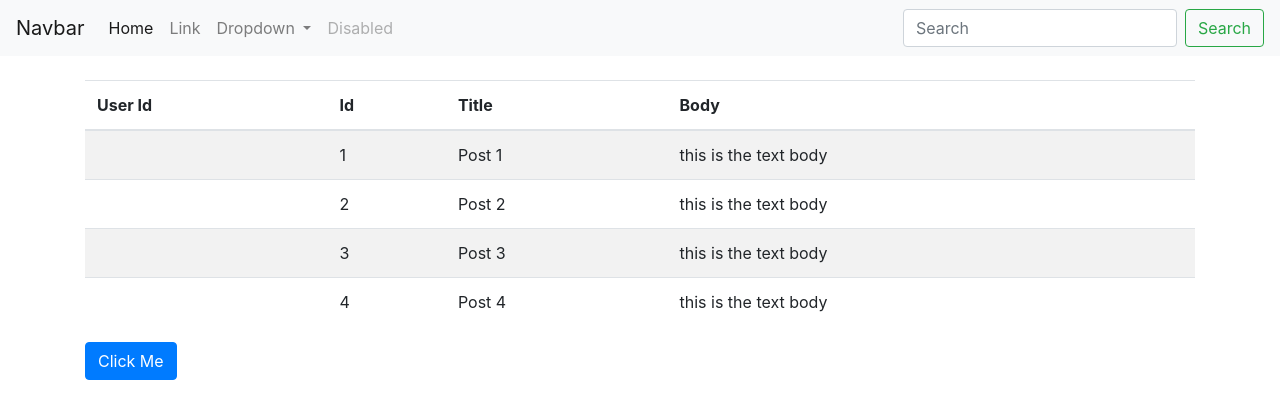
Repository: nashthecoder/vuebasics
Page: / (app in vue-app/demo/)
The author's editor kept a copy of each file at every save. The page is drawn from the files as they stood at one save, then again after the next save.
The browser window is 1280 px wide. The pictures show the whole page.
The project was rebuilt for these pictures with package versions that can differ from the ones it lists, and the page was loaded fresh each time. Also part of the build but not shown: vue-app/demo/src/components/HelloWorld.vue.

Above is the page before, as saved 2021-01-06 20:05:58.

After the next save:
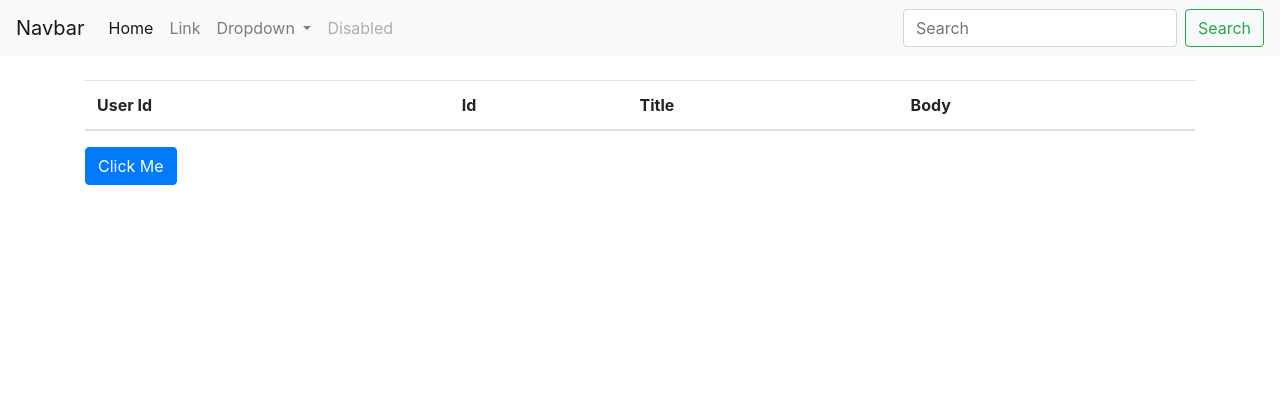
Saved 54 s later.
--- a/vue-app/demo/src/components/Posts.vue
+++ b/vue-app/demo/src/components/Posts.vue
@@ -29,12 +29,7 @@ export default {
   name: 'PostsExample',
   data(){
     return{
-      posts: [
-        {userId:123, id:1, title: 'Post 1', body: "this is the text body"},
-        {userId:453, id:2, title: 'Post 2', body: "this is the text body"},
-        {userId:873, id:3, title: 'Post 3', body: "this is the text body"},
-        {userId:259, id:4, title: 'Post 4', body: "this is the text body"},
-      ]
+      posts: []
     }
   }
 
